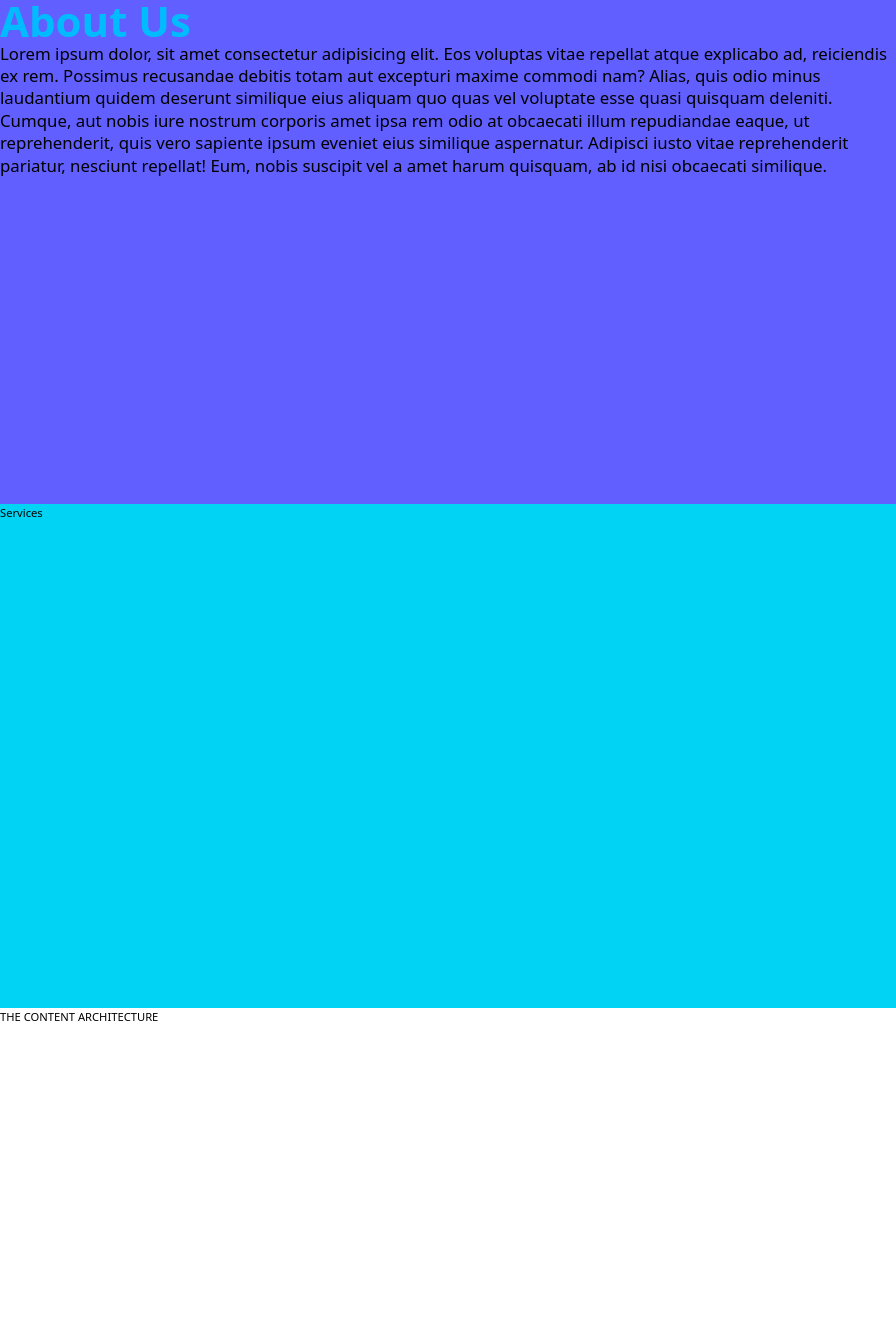
Repository: ajay-maurya-dev/Login
Page: /
The author's editor kept a copy of each file at every save. The page is drawn from the files as they stood at one save, then again after a run of saves.
The browser window is 1280 px wide. The pictures show the part of the page from y = 720 to 2620 px (the page is 2880 px tall), at 70% of full size.
Backgrounds fixed to the window are drawn as part of the page. The project was rebuilt for these pictures with package versions that can differ from the ones it lists, and the page was loaded fresh each time. Also part of the build but not shown: vite.config.js.

Above is the page before, as saved 2026-10-24 23:40:18.

### index.html
<!doctype html>
<html lang="en">
  <head>
    <meta charset="UTF-8" />
    <link rel="icon" type="image/svg+xml" href="/favicon.svg" />
    <meta name="viewport" content="width=device-width, initial-scale=1.0" />
    <title>homepage</title>
  </head>
  <body>
    <div id="root"></div>
    <script type="module" src="/src/main.jsx"></script>
  </body>
</html>

### src/index.css
@import "tailwindcss";
@custom-variant dark (&:where(.dark, .dark *));

html {
  scroll-behavior: smooth;
}

### src/App.jsx
import About from "./components/About";
import Footer from "./components/footer";
import Home from "./components/Home";
import Navbar from "./components/Navbar";
import Services from "./components/Services";

function App() {
  return (
    <div className="min-h-screen w-full dark:bg-black dark:text-white">
      {/* Navbar stays fixed or at the top */}
      <Navbar />

      {/* Wrap sections with unique IDs */}
      <section id="home">
        <Home />
      </section>

      <section id="about">
        <About />
      </section>
      <section id="services">
        <Services/>
      </section>
      <Footer />
    </div>
  );
}

export default App;

### src/components/About.jsx


function About() {
  return (
    <div className="w-full min-h-screen bg-indigo-500 z-10 text-2xl dark:bg-black dark:text-white bg-fixed flex flex-col">
        <h4 className="text-6xl font-extrabold text-sky-400">About Us</h4>
        <div className="">
        <p className="">Lorem ipsum dolor, sit amet consectetur adipisicing elit. Eos voluptas vitae repellat atque explicabo ad, reiciendis ex rem. Possimus recusandae debitis totam aut excepturi maxime commodi nam? Alias, quis odio minus laudantium quidem deserunt similique eius aliquam quo quas vel voluptate esse quasi quisquam deleniti. Cumque, aut nobis iure nostrum corporis amet ipsa rem odio at obcaecati illum repudiandae eaque, ut reprehenderit, quis vero sapiente ipsum eveniet eius similique aspernatur. Adipisci iusto vitae reprehenderit pariatur, nesciunt repellat! Eum, nobis suscipit vel a amet harum quisquam, ab id nisi obcaecati similique.</p>
        </div>
    </div>
  )
}

export default About

### src/components/footer.jsx


function Footer() {
  return (
  <footer className="w-full h-screen dark:bg-black dark:text-white">
    <h1>THE CONTENT ARCHITECTURE</h1>
  </footer>
  )
}

export default Footer

### src/components/Home.jsx



function Home() {
  return (
    <div className="flex w-full justify-center items-center min-h-screen dark:bg-black bg-[url(https://images.unsplash.com/photo-1757513189385-580a91ac7fe4?q=80&w=2070&auto=format&fit=crop&ixlib=rb-4.1.0&ixid=NHwxMjA3fDA%3D)] bg-cover bg-fixed">
    <div className="py-1 text-sky-900 border border-amber-50 text-9xl font-bold flex items-center">
      <h1 className="">BRAND SHOES</h1>
    </div>
    </div>
  );
}

export default Home;

### src/components/Navbar.jsx
import Dark from "./Dark";

function Navbar() {


  return (
    <nav className="flex rounded-4xl text-gray-500 to-white px-10 md:flex-row md:items-center md:h-10 md:w-full dark:bg-black dark:text-white sm:h-full sm:flex-col sm:w-4/7 sm:items-start top-0 fixed ">
      <div className=" flex-1 text-2xl cursor-pointer font-extrabold">LOGO</div>
      <div className="flex flex-1 gap-10 test-2xl font-bold md:flex-row sm:flex-col ">
        <h3 className="cursor-pointer hover:text-cyan-500 active:scale-95 ">
          <a href="#home">HOME</a>
        </h3>
        <h3 className="cursor-pointer hover:text-cyan-500 active:scale-95">
          <a href="#about">ABOUT</a>
        </h3>
        <h3 className="cursor-pointer hover:text-cyan-500 active:scale-95">
          <a href="#services">SERVICES</a>
        </h3>
        <h3 className="cursor-pointer hover:text-cyan-500 active:scale-95">
          PROFILE
        </h3>
        <Dark/>
      </div>
    </nav>
  );
}

export default Navbar;

### src/components/Services.jsx


function Services() {
  return (
    <div className="bg-cyan-400 h-screen w-screen z-20">
      <h1>Services</h1>
    </div>
  )
}

export default Services

### src/components/Dark.jsx
import { useState, useEffect } from "react";

export default function Dark() {
  const [isDark, setIsDark] = useState(false);

  // Sync the true/false state to the HTML document tag
  useEffect(() => {
    const root = window.document.documentElement;
    if (isDark) {
      root.classList.add("dark");
    } else {
      root.classList.remove("dark");
    }
  }, [isDark]);

  return (
    <button
      className="px-1 text-xl rounded-full bg-transparent dark:bg-neutral-800 transition-colors duration-200"
      onClick={() => setIsDark((prev) => !prev)}
    >
      {isDark ? "☀️" : "🌙"}
    </button>
  );
}

Loaded but not shown: src/main.jsx (common file)

After the next 3 saves:
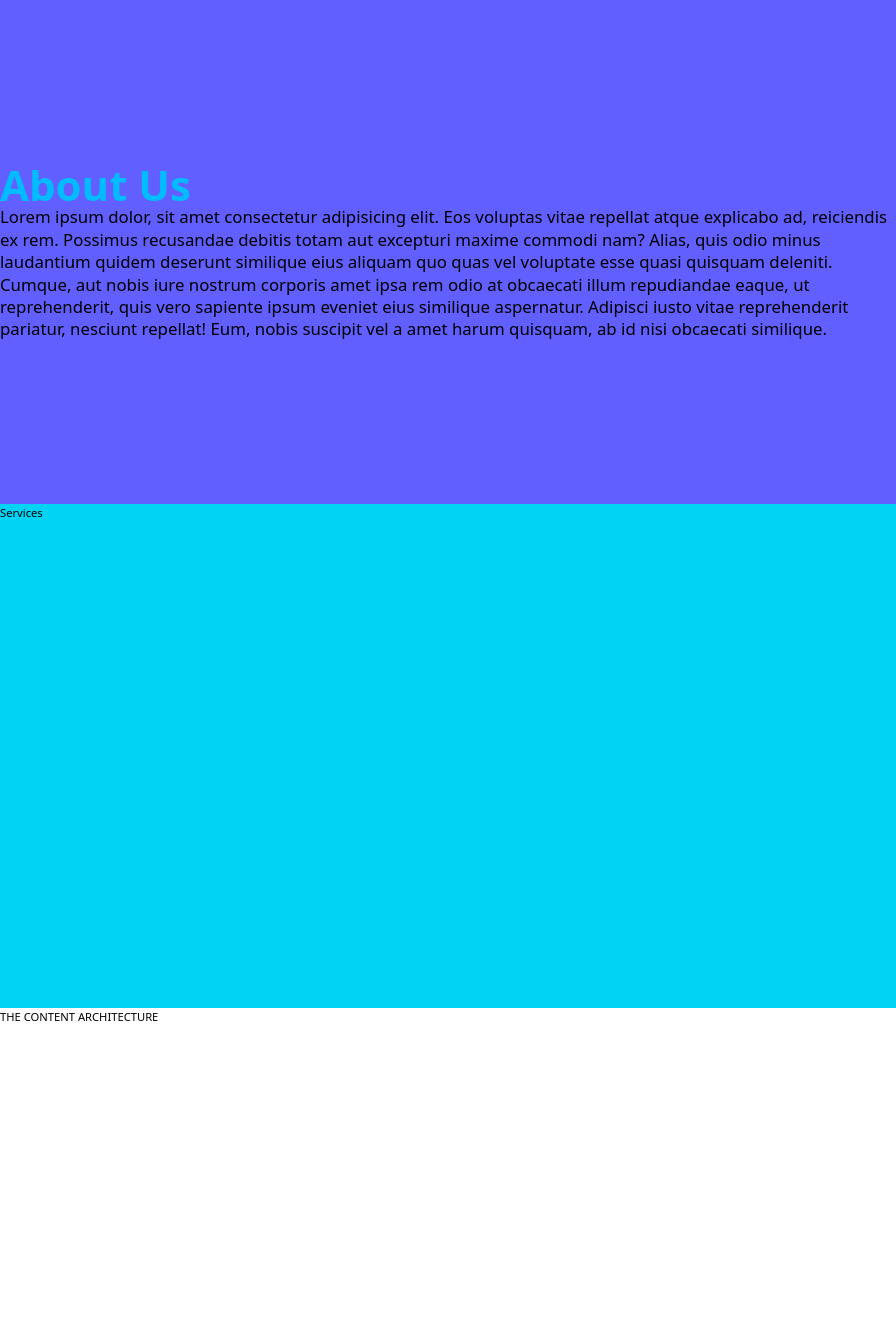
The 3 saves are shown as one change because they came seconds apart.
The last was saved 8 s later.
--- a/src/components/About.jsx
+++ b/src/components/About.jsx
@@ -2,7 +2,7 @@
 
 function About() {
   return (
-    <div className="w-full min-h-screen bg-indigo-500 z-10 text-2xl dark:bg-black dark:text-white bg-fixed flex flex-col">
+    <div className="w-full min-h-screen bg-indigo-500 z-10 text-2xl dark:bg-black dark:text-white bg-fixed justify-center flex flex-col">
         <h4 className="text-6xl font-extrabold text-sky-400">About Us</h4>
         <div className="">
         <p className="">Lorem ipsum dolor, sit amet consectetur adipisicing elit. Eos voluptas vitae repellat atque explicabo ad, reiciendis ex rem. Possimus recusandae debitis totam aut excepturi maxime commodi nam? Alias, quis odio minus laudantium quidem deserunt similique eius aliquam quo quas vel voluptate esse quasi quisquam deleniti. Cumque, aut nobis iure nostrum corporis amet ipsa rem odio at obcaecati illum repudiandae eaque, ut reprehenderit, quis vero sapiente ipsum eveniet eius similique aspernatur. Adipisci iusto vitae reprehenderit pariatur, nesciunt repellat! Eum, nobis suscipit vel a amet harum quisquam, ab id nisi obcaecati similique.</p>
